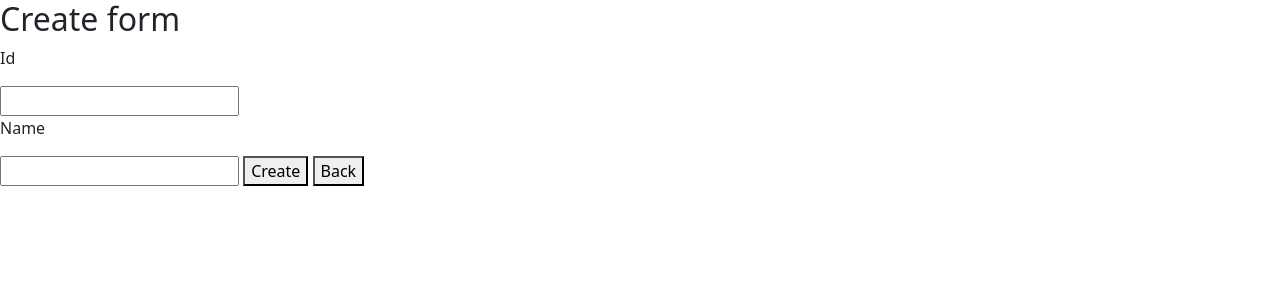
Repository: hongquan16101995/servlet-jw0124
Page: http://localhost/demo/categories?action=createGet
These files come from the project's save history. The page is drawn as it stood at one moment and after the next save; the edit follows.
The browser window is 1280 px wide. The pictures show the whole page.
The page is served by Tomcat 9. Other server files are loaded and not shown.

Above is the page before, as saved 2024-05-14 12:05:08.

### demo/src/main/webapp/category/create.jsp
<%@ page language="java" contentType="text/html; charset=ISO-8859-1"
    pageEncoding="ISO-8859-1"%>
<!DOCTYPE html>
<html>
<head>
<meta charset="ISO-8859-1">
<title>Insert title here</title>
<link href="https://cdn.jsdelivr.net/npm/bootstrap@5.0.2/dist/css/bootstrap.min.css" rel="stylesheet" integrity="sha384-EVSTQN3/azprG1Anm3QDgpJLIm9Nao0Yz1ztcQTwFspd3yD65VohhpuuCOmLASjC" crossorigin="anonymous">
<script src="https://cdn.jsdelivr.net/npm/bootstrap@5.0.2/dist/js/bootstrap.bundle.min.js" integrity="sha384-MrcW6ZMFYlzcLA8Nl+NtUVF0sA7MsXsP1UyJoMp4YLEuNSfAP+JcXn/tWtIaxVXM" crossorigin="anonymous"></script>
</head>
<body>
<h2>Create form</h2>
<form action="/demo/categories?action=createPost" method="post">
	<p>Id</p>
	<input name="id">
	<p>Name</p>
	<input name="name">
	<button type="submit">Create</button>
	<a href="/demo/categories"><button>Back</button></a>
</form>
</body>
</html>

### demo/src/main/java/controller/CategoryServlet.java
package controller;

import java.io.IOException;
import java.util.List;

import javax.servlet.ServletException;
import javax.servlet.annotation.WebServlet;
import javax.servlet.http.HttpServlet;
import javax.servlet.http.HttpServletRequest;
import javax.servlet.http.HttpServletResponse;

import model.Category;
import service.CategoryService;

/**
 * Servlet implementation class CategoryServlet
 */
@WebServlet("/categories")
public class CategoryServlet extends HttpServlet {
	private static final long serialVersionUID = 1L;
	private CategoryService categoryService = CategoryService.getInstance();

	/**
	 * @see HttpServlet#doGet(HttpServletRequest request, HttpServletResponse response)
	 */
	protected void doGet(HttpServletRequest request, HttpServletResponse response) throws ServletException, IOException {
		// TODO Auto-generated method stub
		String action = request.getParameter("action");
		if (action == null) {
			action = "";
		}
		switch(action) {
			case "createGet":
				createGet(request, response);
				break;
			case "updateGet":
				updateGet(request, response);
				break;
			default:
				displayAllCategory(request, response);
				break;
		}
	}

	/**
	 * @see HttpServlet#doPost(HttpServletRequest request, HttpServletResponse response)
	 */
	protected void doPost(HttpServletRequest request, HttpServletResponse response) throws ServletException, IOException {
		// TODO Auto-generated method stub
		String action = request.getParameter("action");
		if (action == null) {
			action = "";
		}
		switch(action) {
			case "createPost":
				createPost(request, response);
				break;
			case "updatePost":
				updatePost(request, response);
				break;
		}
	}

	private void displayAllCategory(HttpServletRequest request, HttpServletResponse response) throws ServletException, IOException {
		List<Category> categories = categoryService.getCategories();
		request.setAttribute("categories", categories);
		request.getRequestDispatcher("category/list.jsp").forward(request, response);
	}

	private void createGet(HttpServletRequest request, HttpServletResponse response) throws ServletException, IOException {
		Category category = new Category();
		request.setAttribute("category", category);
		request.getRequestDispatcher("category/create.jsp").forward(request, response);
	}

	private void createPost(HttpServletRequest request, HttpServletResponse response) throws ServletException, IOException {
		int id = Integer.parseInt(request.getParameter("id"));
		String name = request.getParameter("name");
		categoryService.createCategory(new Category(id, name));
		response.sendRedirect("/demo/categories");
	}

	private void updateGet(HttpServletRequest request, HttpServletResponse response) throws ServletException, IOException {
		int id = Integer.parseInt(request.getParameter("id"));
		Category category = categoryService.getById(id);
		request.setAttribute("category", category);
		request.getRequestDispatcher("category/update.jsp").forward(request, response);
	}

	private void updatePost(HttpServletRequest request, HttpServletResponse response) throws ServletException, IOException {
		int id = Integer.parseInt(request.getParameter("id"));
		String name = request.getParameter("name");
		categoryService.updateCategory(id, new Category(id, name));
		response.sendRedirect("/demo/categories");
	}
}

### demo/src/main/java/model/Category.java
package model;

public class Category {
	private int id;
	private String name;

	public Category() {
		super();
	}

	public Category(int id, String name) {
		super();
		this.id = id;
		this.name = name;
	}

	public int getId() {
		return id;
	}


	public void setId(int id) {
		this.id = id;
	}

	public String getName() {
		return name;
	}

	public void setName(String name) {
		this.name = name;
	}
}

After the next save:
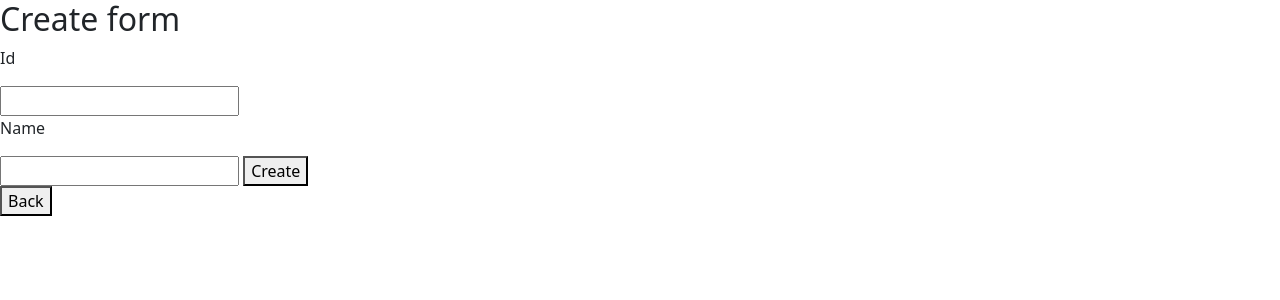
Saved 5 s later.
--- a/demo/src/main/webapp/category/create.jsp
+++ b/demo/src/main/webapp/category/create.jsp
@@ -16,7 +16,7 @@
 	<p>Name</p>
 	<input name="name">
 	<button type="submit">Create</button>
-	<a href="/demo/categories"><button>Back</button></a>
-</form>
+
+</form><a href="/demo/categories"><button>Back</button></a>
 </body>
 </html>
